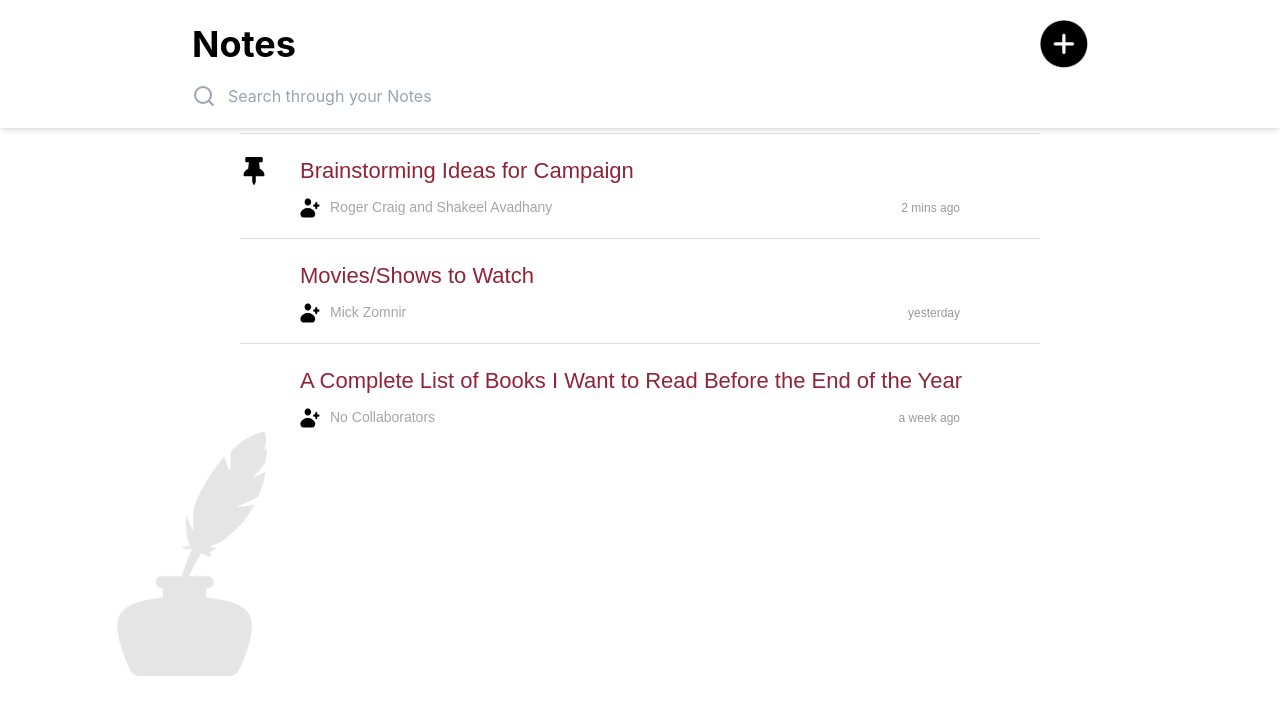
Repository: shabiasaeed/Notes-app
Page: /
An editor plug-in stored every save of this project. The page is shown before and after the next save, followed by the edit.
The browser window is 1280 px wide. The pictures show the whole page.
The project was rebuilt for these pictures with package versions that can differ from the ones it lists, and the page was loaded fresh each time. Also part of the build but not shown: src/components/Header.css.

Above is the page before, as saved 2025-01-01 17:54:55.

### src/App.js
import React, { useState } from 'react';
import Header from './components/Header';
import Note from './components/Note';
import './App.css';
import backgroundInk from './assets/ink-background-element.png';

//Component to handle the rendering of the header and note compnents
function App() {
  // Displaying few static notes
  const [notes, notesList] = useState([
    {
      title: "Brainstorming Ideas for Campaign",
      author: "Roger Craig and Shakeel Avadhany",
      time: "2 mins ago",
      pinned: true
    },
    {
      title: "Movies/Shows to Watch",
      author: "Mick Zomnir",
      time: "yesterday",
      pinned: false
    },
    {
      title: "A Complete List of Books I Want to Read Before the End of the Year",
      author: "No Collaborators",
      time: "a week ago",
      pinned: false
    }
  ]);

  function handleDelete(title){
    notesList(notes.filter( note => note.title !== title))
  }

  function handlePinToggle(title){
    notesList(prevNotes => prevNotes.map(note => note.title === title ? { ...note, pinned: !note.pinned } : note));
  };

  // Search state
  const [searchNotes, setSearchNotes] = useState('');

  // Filter notes based on search
  const filteredNotes = notes.filter(note => note.title.toLowerCase().includes(searchNotes.toLowerCase()));

  // Pinned notes to appear at the top
  const sortedNotes = filteredNotes.sort((a, b) => b.pinned - a.pinned);

  return (
    <div className="App">
      <Header setSearchNotes={setSearchNotes}/>
      <main>
        <img src={backgroundInk} alt="Ink Element" className="ink-element"/>
        {sortedNotes.map((note, index) => (
          <Note key={index} title={note.title} author={note.author} time={note.time} pinned={note.pinned} onDelete={handleDelete} onPinToggle={handlePinToggle}/>
        ))}
      </main>
    </div>
  );
}

export default App;

### src/components/Header.js
import React from 'react';
import './Header.css';
import addButton from '../assets/add-button.png';
import { FiSearch } from 'react-icons/fi';

// Component to handle the display of the application's header section
const Header = ({ setSearchNotes }) => {
  return (
    <header className="p-5 bg-white flex flex-col items-center shadow-md">
      <div className="flex items-center justify-between w-full max-w-4xl">
        <h1 className="text-4xl font-bold text-black">Notes</h1>
        <button className="bg-transparent border-none cursor-pointer">
          <img src={addButton} alt="Add" className="w-12 h-12"/>
        </button>
      </div>
      <div className="flex items-center w-full max-w-4xl mt-4">
        <FiSearch className="w-6 h-6 text-gray-400 mr-3" />
        <input type="text" placeholder="Search through your Notes" className="search-text" onChange={(e) => setSearchNotes(e.target.value)}/>
      </div>
    </header>
  );
};

export default Header;

### src/components/Note.js
import React, { useState } from 'react';
import './Note.css';
import userIcon from '../assets/user-icon.png';
import { FiTrash } from 'react-icons/fi';
import { FaThumbtack } from 'react-icons/fa';
import { TbPinned } from 'react-icons/tb';

//Component to handle the display of the note's section
const Note = ({ title, author, time, pinned, onDelete, onPinToggle }) => {
  const [isHovered, setIsHovered] = useState(false); //State for checking whether the note is hovered


  return (
    <div className="note" onMouseEnter={() => setIsHovered(true)} onMouseLeave={() => setIsHovered(false)}>
      <div className={`note-header ${pinned ? 'pinned' : 'unpinned'}`}>
      {pinned ? (<FaThumbtack className="pin-icon" onClick={() => onPinToggle(title)}/>) : (isHovered && (<TbPinned className="pin-icon" onClick={() => onPinToggle(title)}/>))}
        <h2>{title}</h2>
        {isHovered && (<FiTrash className="delete-icon" onClick={() => onDelete(title)}/>)}
      </div>
      <div className="note-footer">
        <img src={userIcon} alt="User" className="user-icon"/>
        <p>{author}</p>
        <span>{time}</span>
      </div>
    </div>
  );
};

export default Note;

### src/App.css
main {
  padding: 5px;
  position: relative;
  display: flex;
  flex-direction: column;
  align-items: center;
  font-family: Arial, sans-serif;
}

/* Styling for background element */
.ink-element {
  position: fixed;
  top: 60%;
  left: 15%;
  transform: translateX(-50%);
  z-index: -1;
  width: 150px;
}

### src/components/Note.css
/* Styling for notes */
.note {
    padding: 20px;
    border-top: 1px solid #ddd;
    position: relative;
    display: flex;
    flex-direction: column;
    width: 100%;
    max-width: 800px;
    margin: 0 auto;
}

.note-header {
    display: flex;
    align-items: center;
    padding-left: 30px;
}

.note-header h2 {
    margin: 0 0 0 10px;
    font-size: 22px;
    color: #912338;
}

.pin-icon {
    width: 28px;
    height: 28px;
    position: absolute;
    left: 0;
    cursor: pointer;
}

.note-footer {
    display: flex;
    align-items: center;
    margin-top: 10px;
    padding-left: 40px;
    position: relative;
}

.note-footer img {
    width: 20px;
    height: 20px;
    margin-right: 10px;
}

.note-footer p {
    margin: 0;
    font-size: 14px;
    color: #a6a6a6;
}

.note-footer span {
    margin-left: auto;
    font-size: 12px;
    color: #999;
    margin-right: 60px;
}

/* Styling for delete icon */
.delete-icon {
    cursor: pointer;
    position: absolute;
    right: 10px;
}

Loaded but not shown: public/index.html (common file); src/index.js (common file); src/index.css (common file); src/reportWebVitals.js (common file); tailwind.config.js (common file)

After the next save:
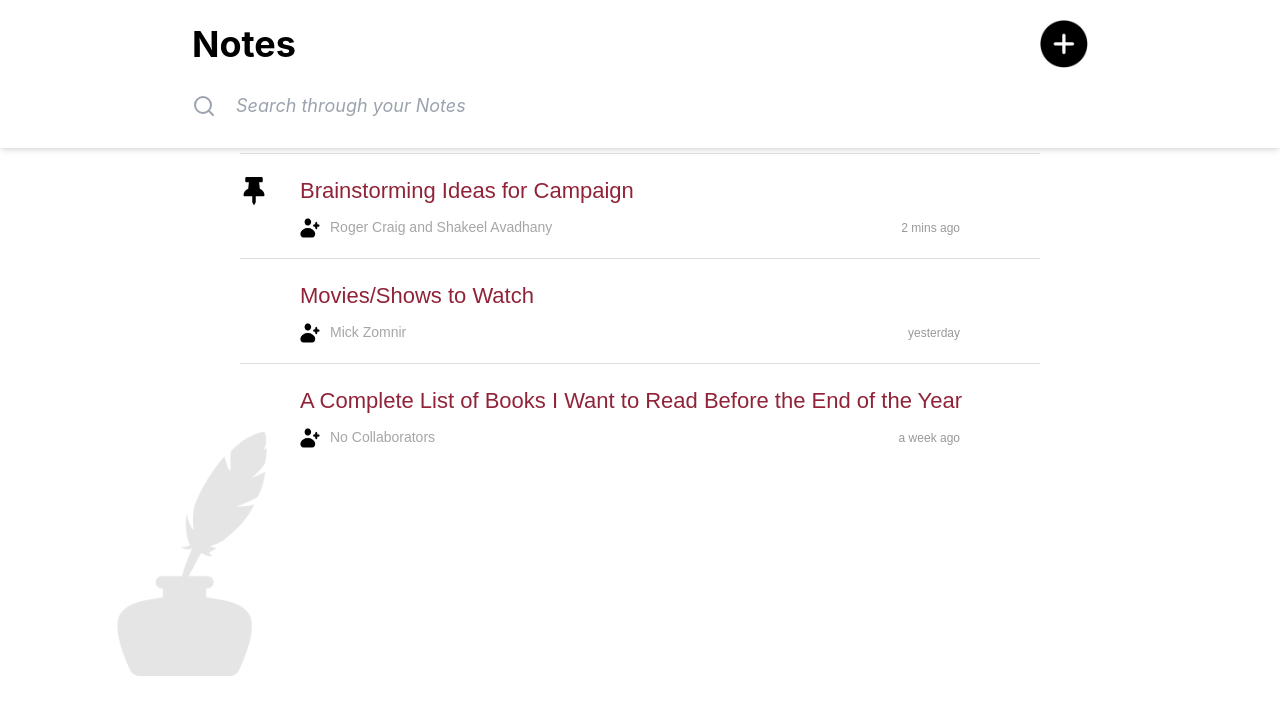
Saved 48 s later.
--- a/src/components/Header.js
+++ b/src/components/Header.js
@@ -15,7 +15,7 @@ const Header = ({ setSearchNotes }) => {
       </div>
       <div className="flex items-center w-full max-w-4xl mt-4">
         <FiSearch className="w-6 h-6 text-gray-400 mr-3" />
-        <input type="text" placeholder="Search through your Notes" className="search-text" onChange={(e) => setSearchNotes(e.target.value)}/>
+        <input type="text" placeholder="Search through your Notes" className="flex-grow border-none outline-none p-2 text-lg italic placeholder-gray-400" onChange={(e) => setSearchNotes(e.target.value)}/>
       </div>
     </header>
   );
